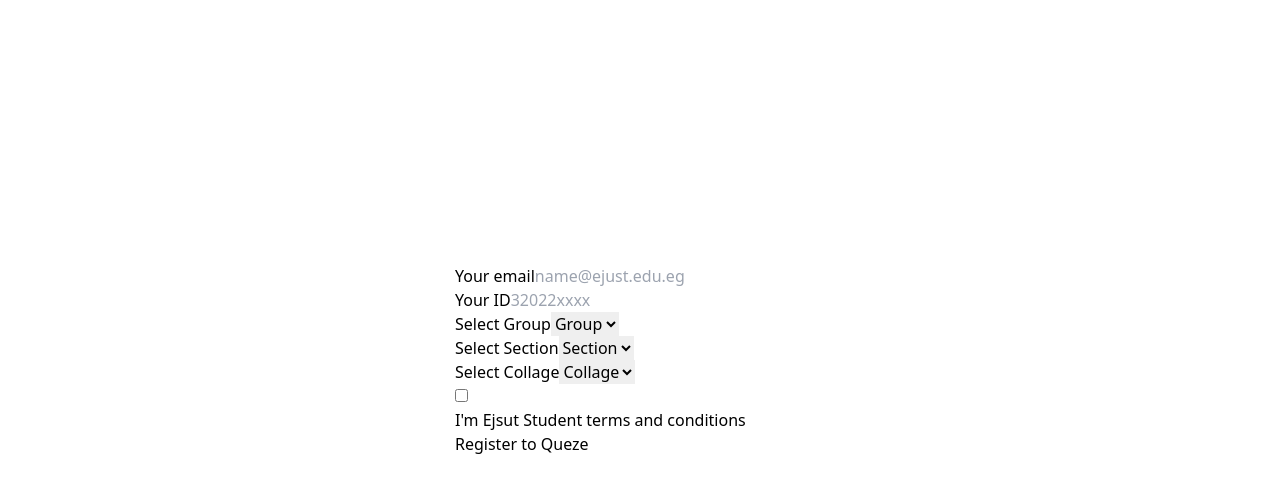
Repository: AbdalrahmanEldeep/FIBOTIC
Page: /
These files come from the project's save history. The page is drawn as it stood at one moment and after a run of saves; the edit follows.
The browser window is 1280 px wide. The pictures show the whole page.
The project was rebuilt for these pictures with package versions that can differ from the ones it lists, and the page was loaded fresh each time. Also part of the build but not shown: vite.config.js, src/pages/protecter.jsx, src/pages/exame.jsx.

Above is the page before, as saved 2023-01-06 23:03:17.

After the next 2 saves:
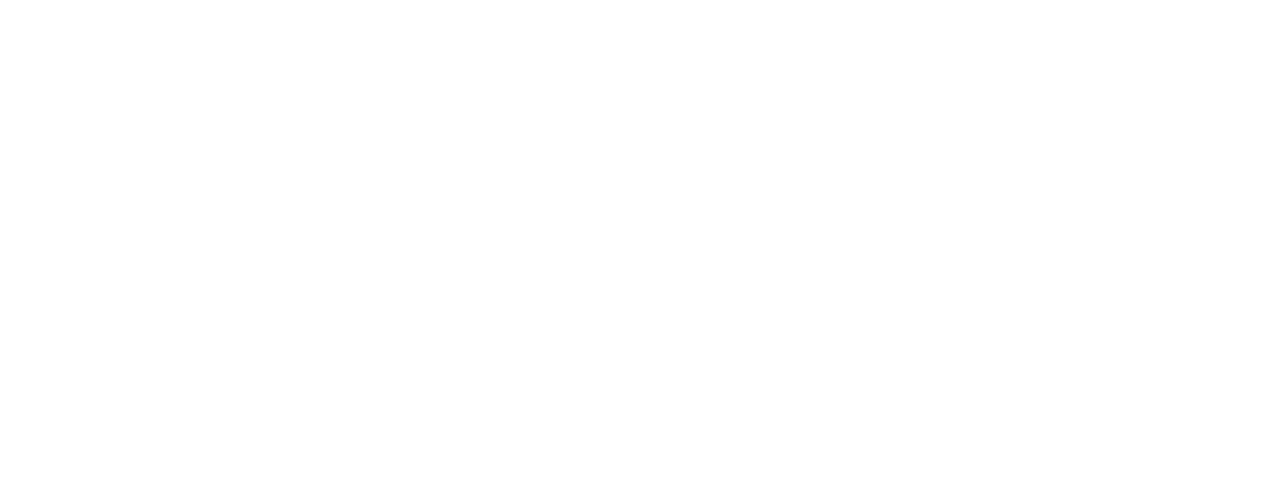
Console error: ReferenceError: Form is not defined
The 2 saves are shown as one change because 1 did not build or start.
The last was saved 58 s later.
--- a/src/pages/home.jsx
+++ b/src/pages/home.jsx
@@ -1,6 +1,6 @@
 import React from 'react'
 import styled from 'styled-components'
-import { Form } from '../components/stdForm'
+import { cntForm} from '../components/cntForm'
 
 const Container = styled.div`
 

After the 4 saves that followed:
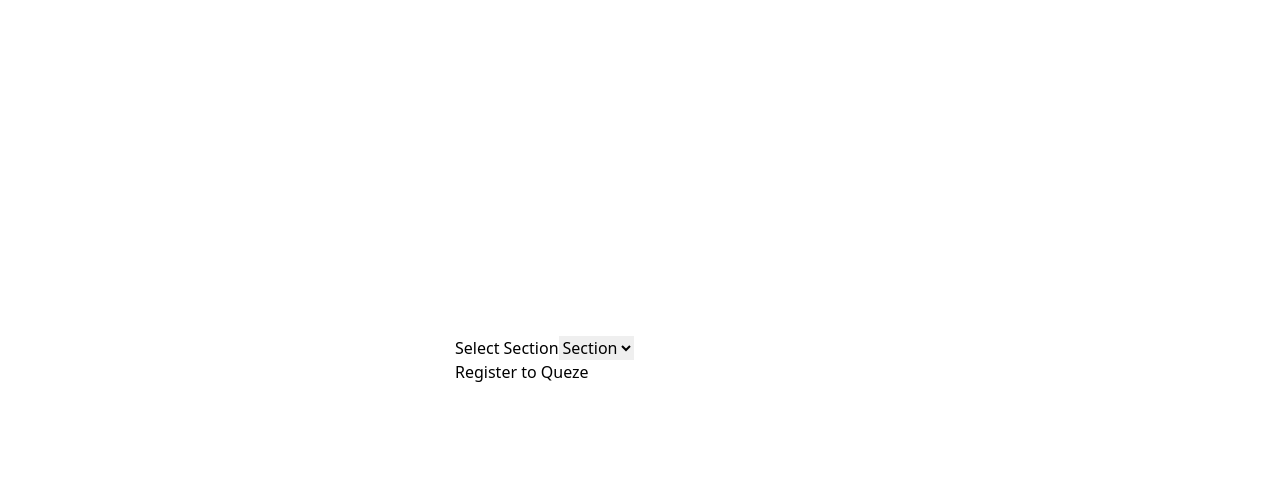
The error is gone.
The 4 saves are shown as one change because 3 left the picture as it was.
The last was saved 43 s later.
--- a/src/pages/home.jsx
+++ b/src/pages/home.jsx
@@ -1,6 +1,6 @@
 import React from 'react'
 import styled from 'styled-components'
-import { cntForm} from '../components/cntForm'
+import { CntForm } from '../components/cntForm'
 
 const Container = styled.div`
 
@@ -19,7 +19,7 @@
   return (
     <>
     <Container>
-      <Form/>
+      <CntForm/>
     </Container>
     </>
   )
--- a/src/components/cntForm.jsx
+++ b/src/components/cntForm.jsx
@@ -1,6 +1,6 @@
 import React from 'react'
 
-export const cntForm = () => {
+export const CntForm = () => {
   return (
     <form className='shadow' style={{padding:"15px"}}>
             <div className="flex flex-col gap-2 items-start mb-6">
